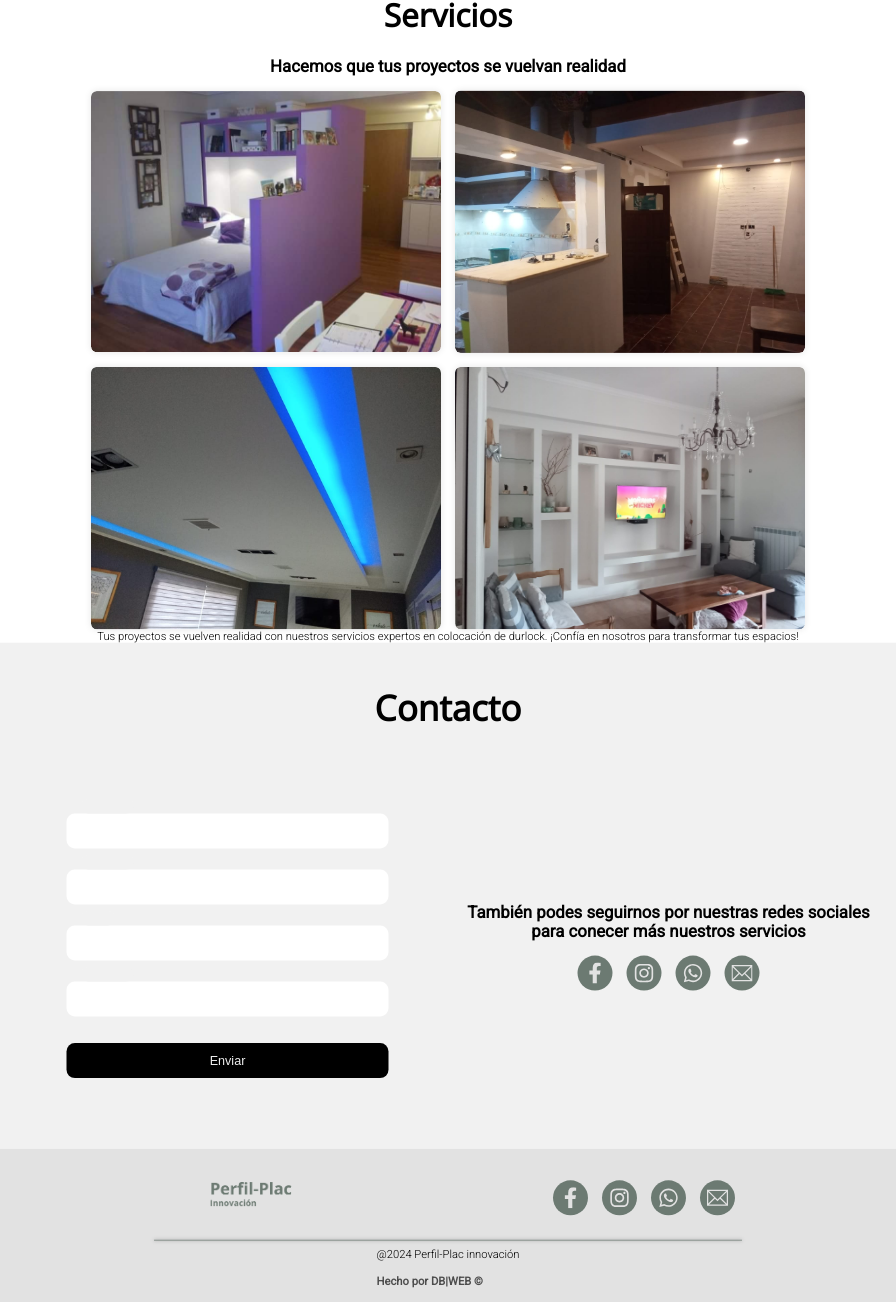
Repository: DamianBermudez94/Perfil-Plac
Page: /
These files come from the project's save history. The page is drawn as it stood at one moment and after the next save; the edit follows.
The browser window is 1280 px wide. The pictures show the part of the page from y = 3333 to 5253 px (the page is 5193 px tall before and 5253 px after), at 70% of full size.
Backgrounds fixed to the window are drawn as part of the page. The project was rebuilt for these pictures with package versions that can differ from the ones it lists, and the page was loaded fresh each time. Also part of the build but not shown: vite.config.js, src/index.css.

Above is the page before, as saved 2024-02-20 18:30:07.

After the next save:
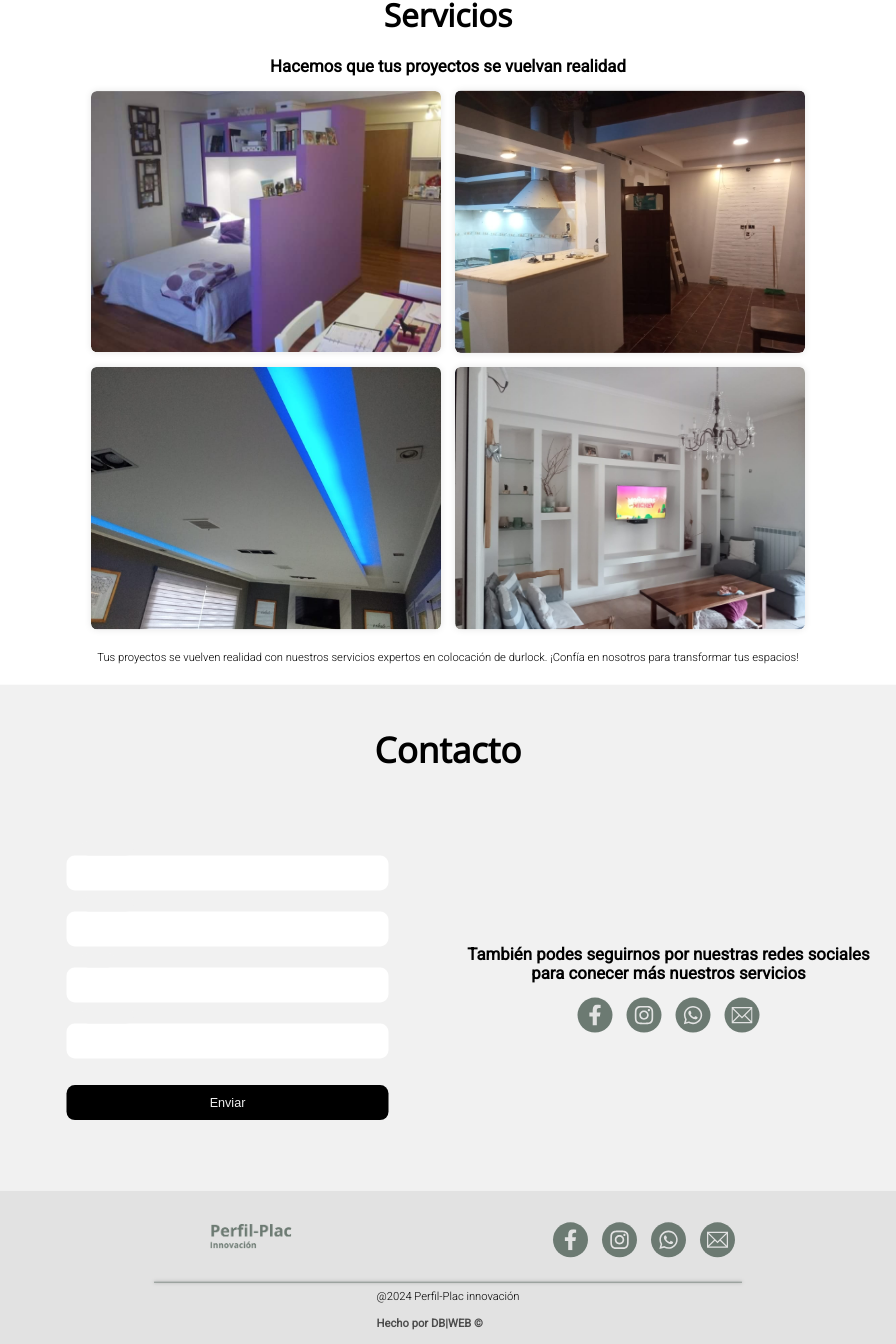
Saved 3 s later.
--- a/src/components/Servicios/Servicios.jsx
+++ b/src/components/Servicios/Servicios.jsx
@@ -48,7 +48,7 @@
                 </figure>
               </div>
             </div>
-            <p>
+            <p className="servicios-description">
               Tus proyectos se vuelven realidad con nuestros servicios expertos
               en colocación de durlock. ¡Confía en nosotros para transformar tus
               espacios!
